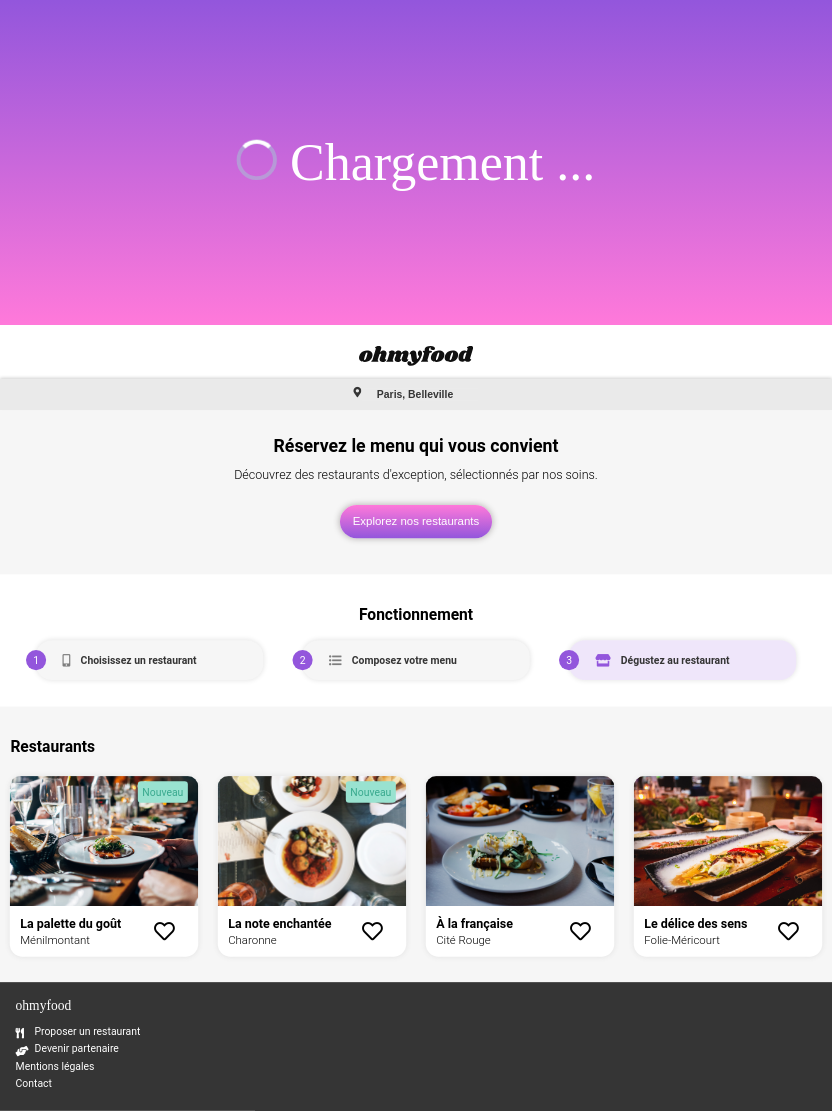
Repository: AlexisTisserand/AlexisTisserand_3_24112020
Page: index.html
An editor plug-in stored every save of this project. The page is shown before and after the next save, followed by the edit.
The browser window is 1280 px wide. The pictures show the whole page, at 65% of full size.
Some web libraries are served in a nearby version. The style sheet was rebuilt from its Sass, Less or Tailwind sources for each picture, by a compiler version that may differ from the author's.

Above is the page before, as saved 2020-12-09 15:20:27.

### index.html
<!DOCTYPE html>
<html lang="fr">

<head>
    <meta charset="UTF-8"/>
    <meta name="viewport" content="width=device-width, initial-scale=1">
    <meta name="descritpion" content="Site internet ohmyfood, composez votre menu et réservez dans les meilleurs restaurants de Paris.">
    <meta name="author" content="Alexis Tisserand">
    <link rel="stylesheet" href="https://use.fontawesome.com/releases/v5.4.1/css/all.css" integrity="sha384-5sAR7xN1Nv6T6+dT2mhtzEpVJvfS3NScPQTrOxhwjIuvcA67KV2R5Jz6kr4abQsz" crossorigin="anonymous">
    <link rel="stylesheet" href="style.css"/>
    <title>ohmyfood - Accueil</title>
</head>

<!--bloc_page-->
<body>

<!--LOADING SPINNER-->
<section class="section">
    <span class="loader loader-quart"></span>
    Chargement ...
</section>


<div id="bloc-page">

<!--HEADER-->

<header>

    <div class="logo">
        <img src="images/logo/ohmyfood@2x.svg" alt="Logo ohmyfood"/>
    </div>
    <div class="search-bar">
        <div class="search-bar-button"><i class="fas fa-map-marker-alt"></i></div>
        <input type="search" class="search-bar-text-input" placeholder="Saisissez votre ville" value="Paris, Belleville">
    </div>
</header>

<section id="description-ohmyfood">
    <h2>Réservez le menu qui vous convient</h2>
    <h3>Découvrez des restaurants d'exception, sélectionnés par nos soins.</h3>
    <button class="description-ohmyfood-explorer" type="button">Explorez nos restaurants</button>
</section>

<section id="fonctionnement">
    <h2>Fonctionnement</h2>
    <nav>
        <ul class="fonctionnement-nav">
            <li class="fonctionnement-nav-etape ">
                <span>1</span>
                <i class="fas fa-mobile-alt"></i>
                <h4>Choisissez un restaurant</h4>
            </li>
            <li class="fonctionnement-nav-etape ">
                <span>2</span>
                <i class="fas fa-list-ul"></i>
                <h4>Composez votre menu</h4>
            </li>
            <li class="fonctionnement-nav-etape active">
                <span>3</span>
                <i class="fas fa-store"></i>
                <h4>Dégustez au restaurant</h4>
            </li>
        </ul>
    </nav>
</section>

<section id="restaurants">

        <h2>Restaurants</h2>

        <a href="menu-la-palette-du-gout.html" class="card-restaurant">
            <img class="card-restaurant-img" src="images/restaurants/la_palette_du_gout-min.jpg" alt="La Palette du Goût"/>
            <div class="card-restaurant-nouveau">Nouveau</div>
            <div class="card-restaurant-legende">
                <div class="card-restaurant-legende-text">
                    <h4>La palette du goût</h4>
                    <h5>Ménilmontant</h5>
                </div>
                <div class="card-restaurant-legende-heart">
                    <span class="fa-stack">
                        <i class="far fa-heart fa-stack-2x"></i>
                    </span>
                </div>
            </div>
        </a>

        <a href="menu-la-note-enchantee.html" class="card-restaurant">
            <img class="card-restaurant-img" src="images/restaurants/la_note_enchantee-min.jpg" alt="La Note Enchantée"/>
            <div class="card-restaurant-nouveau">Nouveau</div>
            <div class="card-restaurant-legende">
                <div class="card-restaurant-legende-text">
                    <h4>La note enchantée</h4>
                    <h5>Charonne</h5>
                </div>
                <div class="card-restaurant-legende-heart">
                    <span class="fa-stack">
                        <i class="far fa-heart fa-stack-2x"></i>
                    </span>
                </div>
            </div>
        </a>

        <a href="menu-a-la-francaise.html" class="card-restaurant">
            <img class="card-restaurant-img" src="images/restaurants/a_la_française-min.jpg" alt="À La Française"/>
            <div class="card-restaurant-legende">
                <div class="card-restaurant-legende-text">
                    <h4>À la française</h4>
                    <h5>Cité Rouge</h5>
                </div>
                <div class="card-restaurant-legende-heart">
                    <span class="fa-stack">
                        <i class="far fa-heart fa-stack-2x"></i>
                    </span>
                </div>
            </div>
        </a>

        <a href="menu-le-delice-des-sens.html" class="card-restaurant">
            <img class="card-restaurant-img" src="images/restaurants/le_delice_des_sens-min.jpg" alt="Le Délice Des Sens"/>
            <div class="card-restaurant-legende">
                <div class="card-restaurant-legende-text">
                    <h4>Le délice des sens</h4>
                    <h5>Folie-Méricourt</h5>
                </div>
                <div class="card-restaurant-legende-heart">
                    <span class="fa-stack">
                        <i class="far fa-heart fa-stack-2x"></i>
                    </span>
                </div>
            </div>
        </a>
</section>

</div>

<footer>
    <h2>ohmyfood</h2>
    <div class="footer-img-text">
        <i class="fas fa-utensils"></i>
        <a href="#"><h3>Proposer un restaurant</h3></a>
    </div>
    <div class="footer-img-text">
        <i class="fas fa-hands-helping"></i>
        <a href="#"><h3>Devenir partenaire</h3></a>
    </div>
    <a href="#"><h3>Mentions légales</h3></a>
    <a href="mailto:ohmyfood@outlook.com"><h3>Contact</h3></a>
</footer>


</body>
</html>

### sass/style.scss
/*COULEURS VARIABLES*/
$primary: #9356DC;
$secondary: #FF79DA;
$tertiary: #99E2D0;
$color-text: #353535;
$color-background: #f6f6f6;
$color-box-shadow :#e5e5e5;

/*VARIABLES TAILLE ET FONT FAMILY*/
$font-family: 'roboto', 'Raleway', 'Trebuchet MS', 'Lucida Sans Unicode', 'Lucida Grande', 'Lucida Sans', Arial, sans-serif;;
$size: 1rem;

/*Extensions*/
.box-shadow{
    box-shadow: 0px 0px 8px 1px $color-box-shadow;
    color: $color-text;
    border: none;
    border-radius: 25px;
    width: 350px;
    background-color: $color-background;
}

.margin-plats{
    margin: 0.5rem 0 0rem 0.9rem;
}

.cercle{
    background-color: $primary;
    color: white;
    padding: 8px;
    border-radius: 50px;
    margin-right: 25px;
    margin-left: -15px;
    width: 15px;
    height: 15px;
    text-align: center;
    align-content: center;
    font-size: $size;
    line-height: 15px;
    font-weight: light;
}

/*Loading spinner*/
.section{
    background: linear-gradient($primary, $secondary);
    height: 500px;
    line-height: 500px;
    text-align: center;
    color: white;
    font-size: 5rem;
    font-family: 'Shrikhand';
}

.loader{
    width: 50px;
    height: 50px;
    display: inline-block;
    position: relative;
    &-quart{
        border-radius: 50px;
        border: 6px solid rgba($color: $tertiary, $alpha: 0.4);
        &::after{
            content: "";
            position: absolute;
            top: -6px;
            left: -6px;
            bottom: -6px;
            right: -6px;
            border: 6px solid transparent;
            border-radius: 50px;
            border-top: 6px solid white ;
            animation: spin 1s linear infinite;
            -webkit-animation: spin 1s linear infinite;
}
    }
}

/*KEYFRAMES*/

@keyframes spin{
    from{
        transform: rotate(0deg);
    }
    to{
        transform: rotate(360deg);;
    }
}

@keyframes fadein{
    from{
        opacity: 0.4;
    }
    to{
        opacity: 1;
    }
}

body{
    background-color: white;
    font-family: $font-family;
    margin: auto;
}

a{
    text-decoration: none;
    color: black;
}

#bloc-page{
    width: 100%;
    margin: auto;
    max-width: 2000px;
    min-width: 100px;
}

/*HEADER*/

header{
    text-align: center;
    .logo{
        margin-top: $size + 1rem;
        img{
            width: $size + 10rem;
        }
    }
}

.search-bar{
    display: flex;
    background-color: #EAEAEA;
    box-shadow: 0px -2px 5px 0px #CFCFCF;
    height: $size + 2rem;
    margin-top: 1rem;
    align-items: center;
    justify-content: center;
    .fas{
        font-size: $size;
        margin-bottom: 1rem;
    }
    .search-bar-button{
        color: $color-text;
        font-size: $size + 0.5rem;
    }
    .search-bar-text-input{
        outline: none;
        padding: 0;
        background-color: #EAEAEA;
        border: none;
        color: $color-text;
        font-size: $size;
        font-weight: bold;
        text-align: center;
        width: 180px;
    }
}

/*SECTION DESCRIPTION*/

#description-ohmyfood{
    display: flex;
    flex-direction: column;
    background-color: $color-background;
    align-items: center;
    text-align: center;
    h2{
        font-size: $size + 0.7rem ;
        padding: $size;
        margin-bottom: 0;
        margin-top: $size + 0.5rem;
    }
    h3{
        font-size: $size + 0.2rem ;
        font-weight: 300;
        margin-top: 0;
        padding: $size - 0.5rem, $size + 1rem ;
    }
    button{
        font-size: $size + 0.1rem;
        margin-top: $size;
        font-weight: normal;
        color: white;
        background: linear-gradient($secondary, $primary);
        position: relative;
        border: none;
        box-shadow: 0px 0px 10px 1px #b6b3b3;
        border-radius: 40px;
        padding: 15px 20px;
        margin-bottom: $size + 2.5rem;
        transition: transform ease-in-out 500ms, opacity ease-in-out 500ms, box-shadow ease-in-out 500ms ;
        &:hover{
            opacity: 0.7;
            box-shadow: 0px 0px 7px 3px #484B4C;
            transform: scale(1.1);
            cursor: pointer;

        }
        &:active{
            border-style: none;
        }
        &:focus{
            outline:none;
        }
    }
}

/*FONCTIONNEMENT*/

#fonctionnement{
    display: flex;
    align-items: center;
    flex-direction: column;
    background-color: white;
    h2{
        margin: 3*$size $size $size;
    }
    ul{
        padding: 10px;
        margin-top: - $size;
    }
}

.fonctionnement-nav{
    display: flex;
    flex-wrap: wrap;
    justify-content: space-around;
    &-etape{
        display: flex;
        flex-direction: row;
        align-items: center;
        margin: 15px 30px ;
        transition: background-color ease-in-out 200ms, box-shadow ease-in-out 200ms, transform ease-in-out 200ms;
        @extend .box-shadow;
        &:hover{
        background-color: rgba($color:$primary, $alpha: 0.15);
        transform: scale(1.01);
        cursor: pointer;
        &:hover .fas{
        color: $primary;
        }
    }
    span{
        @extend .cercle;
    }
    .fas{
        margin-right: 15px;
        color: #7e7e7e;
        font-size: $size + 0.2rem;
        margin-right: $size;
        }
    }
    &-etape.active{
        background-color: rgba($color:$primary, $alpha: 0.15);
        .fas{
            color: $primary;
        }
    }
}

/*RESTAURANTS*/

#restaurants{
    display: flex;
    flex-direction: column;
    background-color: $color-background;
    padding-bottom: $size + 0.5rem;
    h2{
        margin: 3*$size $size $size;
    }
}

.card-restaurant{
    display: flex;
    position: relative;
    z-index: 1;
    flex-direction: column;
    background-color: white;
    border-radius: 20px;
    box-shadow: 0px 0px 8px 1px $color-box-shadow;
    margin: 15px;
    box-sizing: border-box;
    transition: ease-in-out 200ms;
    &:hover{
        transform: scale(1.01);
    }
    img{
    height: 200px;
    position: relative;
    z-index: 1;
    object-fit: cover;
    width: 100%;
    border-radius: 1rem 1rem 0 0;
    }
    &-nouveau{
        background-color: $tertiary;
        color: #39a98e;
        position: absolute;
        top: 8px;
        right: 16px;
        padding: 7px;
        border-radius: 5px;
        z-index: 2;
    }
    &-legende{
        display: flex;
        flex-direction: row;
        justify-content: space-between;
        &-text{
            display: flex;
            flex-direction: column;
            margin-left: $size;
            h4{
                font-size: $size + 0.2rem;
                margin-top: $size;
                margin-bottom: 0;
            }
            h5{
                margin-top: 0.2 * $size;
                margin-bottom: $size;
                font-weight: 300;
                font-size: $size + 0.1rem;
            }
        }
        &-heart{
            align-self: center;
            margin-right: 2 * $size;
            .far{
                &:hover{
                font-weight: 900;
                background:-moz-linear-gradient(top, $primary 0%, $secondary 100%);
                background: -webkit-linear-gradient(top, $primary 0%, $secondary 100%);
                background: linear-gradient(to bottom, $primary 0%, $secondary 100%);
                -webkit-background-clip: text;
                -moz-background-clip: text;
                background-clip: text;
                -webkit-text-fill-color: transparent;
                transition: font-weight ease-in-out 0s ;
                animation: fadein 900ms;
                background-position: 0 100%;
                cursor: pointer;
                }
            }
        }
    }
}

/*FOOTER*/

footer{
    padding: $size + 0.5rem;
    background-color: $color-text;
    color: white;
    h2{
        font-family: 'Shrikhand';
        font-weight: normal;
        font-size: $size + 0.3rem;
        margin-top: 0;
    }
    h3{
        margin: 0;
        font-weight: 400;
        margin-bottom: 0.5 * $size;
        font-size: initial;
    }
    .footer-img-text{
        display: flex;
        flex-direction: row;
        align-items: center;
        .fas{
            margin-right: $size;
            &.fa-hands-helping{
                margin-right: 0.58* $size;
            }
        }
    }
    a{
        color: white;
    }
}

/*********************************************************/
/*MEDIA QUERIES ACCUEIL*/
/*********************************************************/

/*LARGE DEVICES*/
@media screen and (min-width: 1268px){

    #restaurants{
        display: grid;
        grid-template-columns: repeat(4, 1fr);
        grid-template-rows: auto auto auto ;
        margin-bottom: 0px;
    }   h2{
        grid-column: 1/-1;
    }
}

/*MEDIUM DEVICES*/
@media screen and (max-width: 1267px){

    .fonctionnement-nav{
        justify-content: center;
        &-etape{
            width: 100%;
        }
    }

    #restaurants{
        display: grid;
        grid-template-columns: repeat(2, 1fr);
        grid-template-rows: auto auto auto ;
        h2{
            grid-column: 1/-1;
        }
    }
}

/*SMALL DEVICES*/
@media screen and (max-width: 660px){
    .fonctionnement-nav-etape{
        width: 100%;
    }

    #restaurants{
        display: grid;
        grid-template-columns: 1fr;
        grid-template-rows: auto auto auto ;
        h2{
            grid-column: 1/-1;
        }
    }
}

/*********************************************************/
/*MENU*/
/*********************************************************/

header{
    a{
        position: absolute;
        left: $size;
        color: $color-text;
        font-size: $size + 0.3rem;
        transition: opacity 0.5s;

        &:hover{
            opacity: 0.5;
        }
    }
}

.restaurant-img{
    img{
        object-fit: cover;
        width: 100%;
        height: 300px;
        margin-top: $size;
        position: relative;
        z-index: 0;
    }
}

.restaurant-menu{
    background-color: $color-background;
    border-radius: 50px 50px 0 0;
    margin-top: - 3rem;
    position: relative;
    display: flex;
    z-index: 1;
    flex-direction: column;
    width: 100%;
    &--titre{
        display: flex;
        flex-direction: row;
        justify-content: center;
        align-items: center;
        margin-top: $size;
        h2{
            font-family: 'Shrikhand';
            font-size: $size + 1rem;
            margin-right: $size + 0.5rem;
            margin-left: $size;
        }
    }
    &-carte{
        display: flex;
        flex-direction: row;
        flex-wrap: wrap;
    }
    h3{
        font-weight: 300;
        font-size: $size + 0.1rem;
        margin-left: $size;
        border-bottom: $tertiary 3px solid;
        width: 45px;
        padding-bottom: 10px;
    }
    &--plats{
        display: grid;
        grid-template-columns: 2.3fr 0.3fr 0.3fr;
        grid-template-rows: repeat(2, 1fr);
        gap: 0px 0px;
        background-color: white;
        box-shadow: 0px 0px 8px 1px $color-box-shadow;
        color: $color-text;
        border: none;
        border-radius: 13px;
        margin: 0 $size $size $size;
        width: 100%;
        cursor: pointer;
        overflow: hidden;
        text-overflow: ellipsis;
        &:hover .fas {
            transform: rotate(360deg);
        }
        &:hover &--checkbox{
            transform: translateX(0%);
        }
        &:hover &--prix{
            margin-right: 30%;
        }
        &--name{
            grid-area: 1 / 1 / 2 / 3;
        }
        &--accompagnements{
            grid-area: 2 / 1 / 3 / 2;
            display: flex;
            flex-direction: row;
            align-content: center;
            justify-content: space-between;
            h5{
                font-weight: 300;
                margin: 0rem 0 0.5rem 0.9rem;
                font-size: 1rem;
            }
        }
        &--prix{
            grid-area: 2 / 2 / 3 / 4;
            transition: margin-right 1s;
            p{
                font-weight: bold;
                margin: 0 ;
                text-align: end;
                margin-right: $size;
            }
        }
        &--checkbox{
            background-color: $tertiary;
            grid-area: 1 / 3 / 3 / 4;
            border-radius: 0 13px 13px 0;
            text-align: center;
            transform: translateX(100%);
            transform-origin: 100% 50%;
            transition: transform 1s;

            .fas{
                font-size: xx-large;
                margin: $size;
                color: white;
                transition: transform 1s;
            }
        }
        h4{
        @extend .margin-plats;
        font-size: $size + 0.1rem;
        }
    }
    button{
        width: 200px;
        align-self: center;
        font-size: $size + 0.1rem;
        margin-top: 3 * $size;
        font-weight: normal;
        color: white;
        background: linear-gradient($secondary, $primary);
        position: relative;
        border: none;
        box-shadow: 0px 0px 10px 1px #b6b3b3;
        border-radius: 40px;
        padding: 15px 20px;
        margin-bottom: 4 * $size;
        transition: transform ease-in-out 500ms, opacity ease-in-out 500ms, box-shadow ease-in-out 500ms ;
        &:hover{
            opacity: 0.7;
            box-shadow: 0px 0px 7px 3px #484B4C;
            transform: scale(1.1);
            cursor: pointer;
        }
        &:active{
            border-style: none;
        }
        &:focus{
            outline:none;
        }
    }
}


/*********************************************************/
/*MEDIA QUERIES MENUS*/
/*********************************************************/

/*LARGE DEVICES*/
@media screen and (min-width:660px){
    .restaurant-menu--titre{
        justify-content: space-between;
    }

    .restaurant-menu--plats{
        width: 100%;
    }

}

/*MEDIUM DEVICES*/
@media screen and (max-width: 1267px){


}

/*SMALL DEVICES*/
@media screen and (max-width: 660px){


}

After the next save:
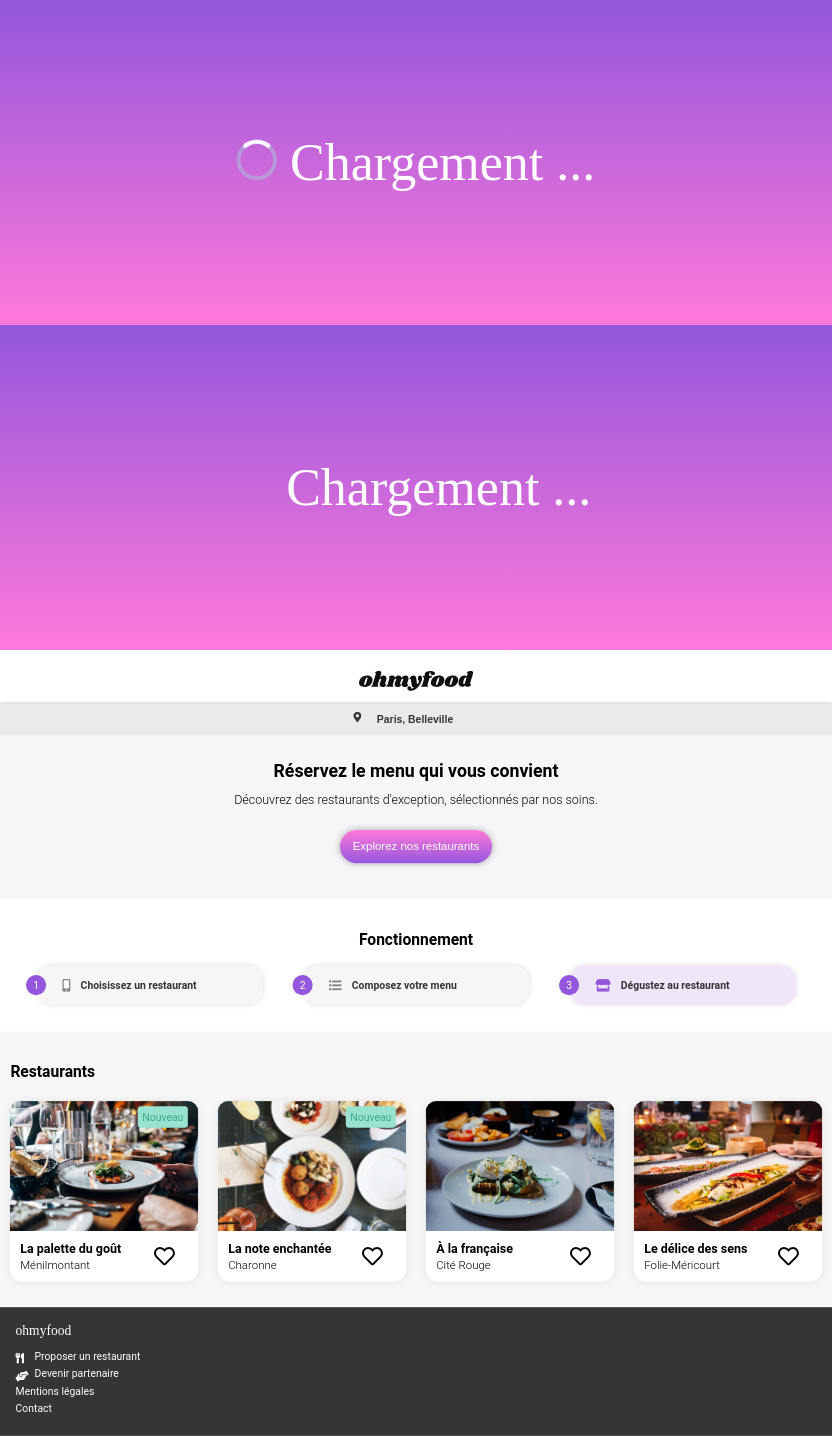
Saved 49 s later.
--- a/index.html
+++ b/index.html
@@ -19,6 +19,11 @@
     <span class="loader loader-quart"></span>
     Chargement ...
 </section>
+<section class="section section-2">
+    <span class="loader loader-double"></span>
+    Chargement ...
+</section>
+
 
 
 <div id="bloc-page">
